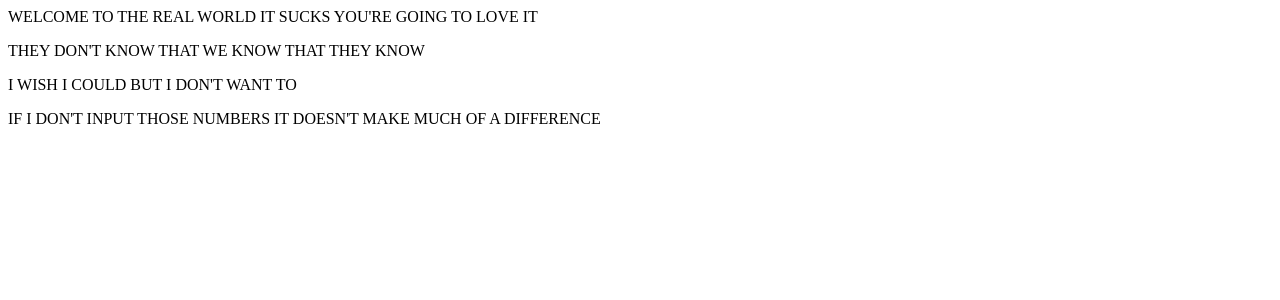
Repository: zhanj122/zhanj122.github.io
Page: composition/index.html
The author's editor kept a record of every edit. The page is drawn from the files as they stood at one moment, then again after the next edit.
The browser window is 1280 px wide. The pictures show the whole page.

Above is the page before.

### composition/index.html
<p>WELCOME TO THE REAL WORLD IT SUCKS YOU'RE GOING TO LOVE IT</p>
<p>THEY DON'T KNOW THAT WE KNOW THAT THEY KNOW</p>
<p>I WISH I COULD BUT I DON'T WANT TO</p>
<p>IF I DON'T INPUT THOSE NUMBERS IT DOESN'T MAKE MUCH OF A DIFFERENCE</p>

After the next edit:
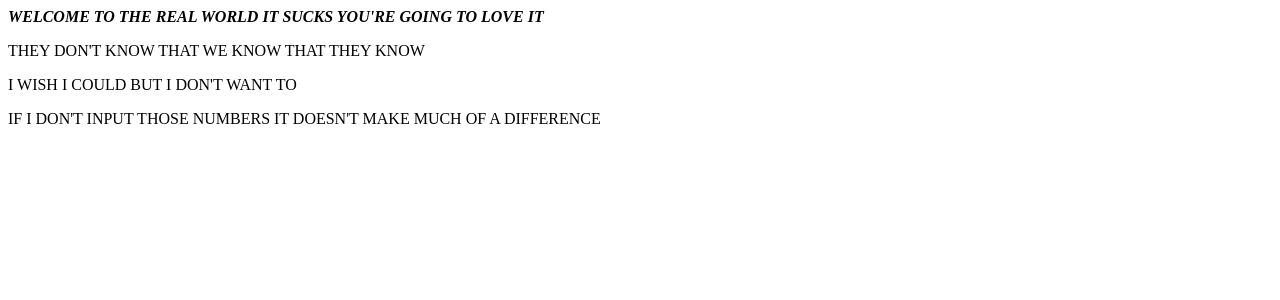
The edit:
--- a/composition/index.html
+++ b/composition/index.html
@@ -1,4 +1,7 @@
-<p>WELCOME TO THE REAL WORLD IT SUCKS YOU'RE GOING TO LOVE IT</p>
+<p><em><strong>WELCOME TO THE REAL WORLD IT SUCKS YOU'RE GOING TO LOVE IT</strong></em></p>
+
 <p>THEY DON'T KNOW THAT WE KNOW THAT THEY KNOW</p>
+
 <p>I WISH I COULD BUT I DON'T WANT TO</p>
+
 <p>IF I DON'T INPUT THOSE NUMBERS IT DOESN'T MAKE MUCH OF A DIFFERENCE</p>
